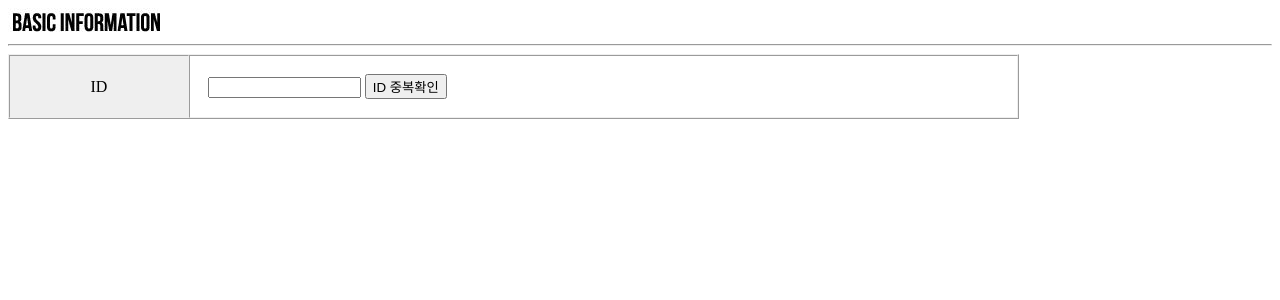
Repository: kminjoo/Making-website-using-JSP
Page: http://localhost/website_project/Register.jsp
The author's editor kept a copy of each file at every save. The page is drawn from the files as they stood at one save, then again after the next save.
The browser window is 1280 px wide. The pictures show the whole page.
The page is served by Tomcat 9.

Above is the page before, as saved 2015-07-21 13:59:46.

After the next save:
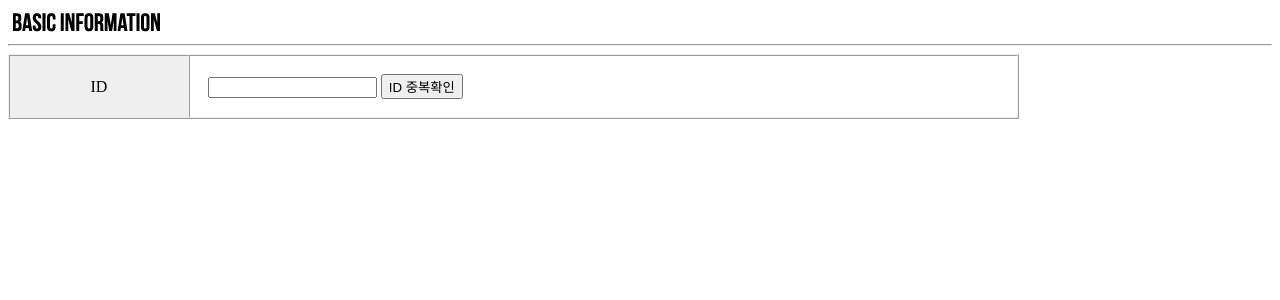
Saved 9 s later.
--- a/website_project/WebContent/Register.jsp
+++ b/website_project/WebContent/Register.jsp
@@ -16,7 +16,7 @@
 <form name="regForm" method="post" action="RegisterProc.jsp">
 	<tr>
 		<td width="13%" align="center" bgcolor="#EFEFEF">ID</td>
-		<td width="60%"><input type="text" name="mem_id" size="16">
+		<td width="60%"><input type="text" name="mem_id" size="18">
 		<input type="button" value="ID 중복확인" onClick="idCheck(this.form.mem_id.value)"></td>
 	</tr>
 </table>
